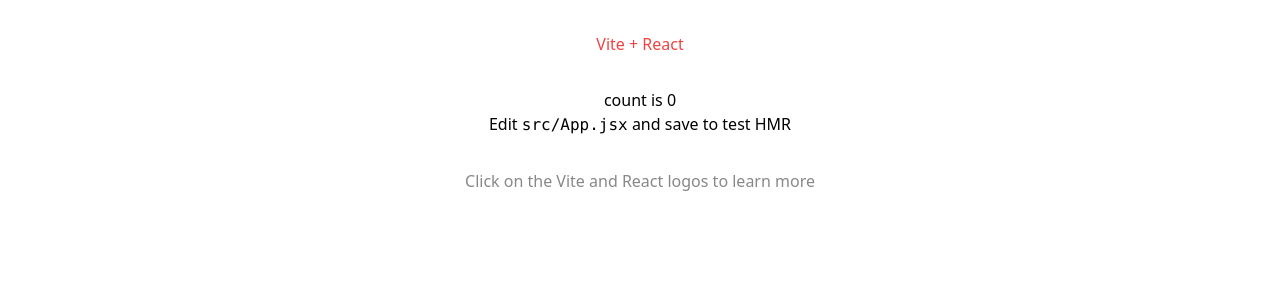
Repository: jahidhasanri/CAMPUSMART
Page: /dashboard
These files come from the project's save history. The page is drawn as it stood at one moment and after the next save; the edit follows.
The browser window is 1280 px wide. The pictures show the whole page.
The project was rebuilt for these pictures with package versions that can differ from the ones it lists, and the page was loaded fresh each time. Also part of the build but not shown: vite.config.js.

Above is the page before, as saved 2026-01-11 21:11:50.

After the next save:
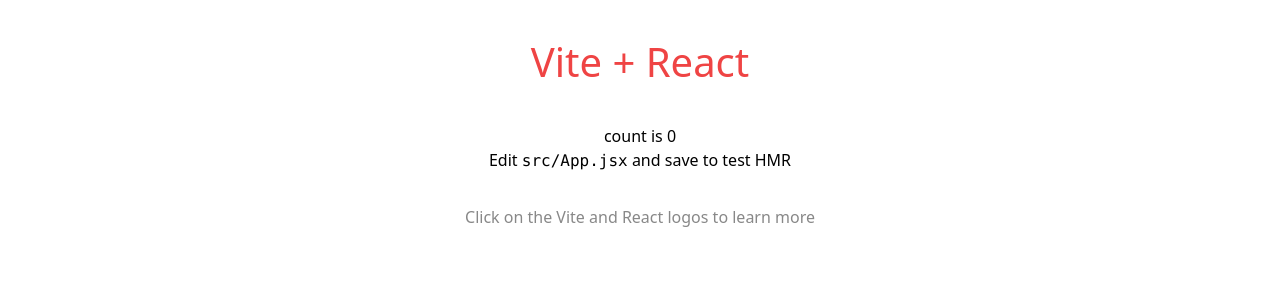
Saved 61 s later.
--- a/src/App.jsx
+++ b/src/App.jsx
@@ -7,7 +7,7 @@
   return (
     <>
 
-      <h1 className='text-red-500 font-800'>Vite + React</h1>
+      <h1 className='text-red-500 text-[40px]'>Vite + React</h1>
       <div className="card">
         <button onClick={() => setCount((count) => count + 1)}>
           count is {count}
